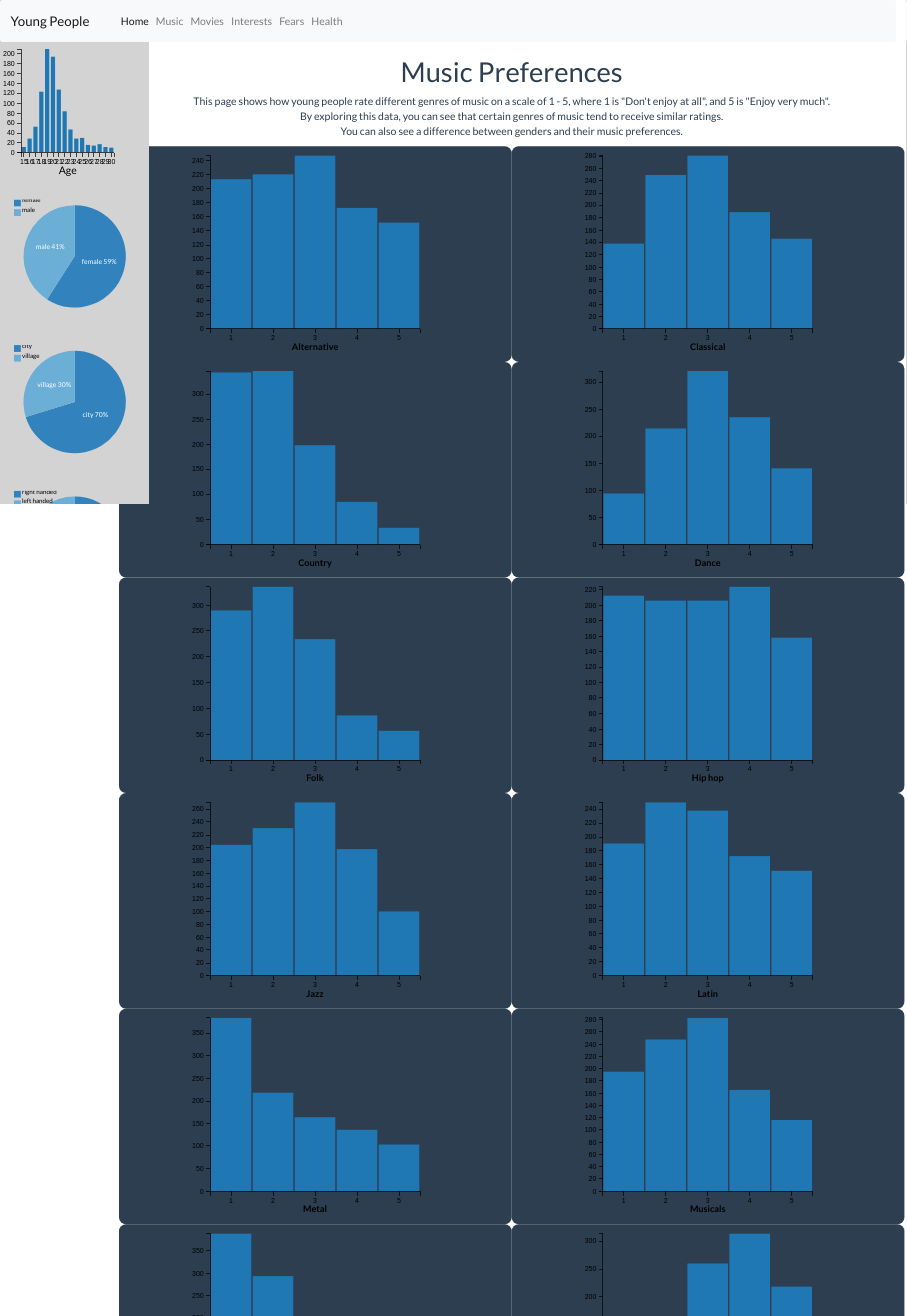
Repository: BrendanMolloy/milestone2
Page: music.html
The author's editor kept a record of every edit. The page is drawn from the files as they stood at one moment, then again after the next edit.
The browser window is 1280 px wide. The page is 1295 px wide, so the pictures cover 1295 px, including what lies to the right of the window. The pictures show the part of the page from y = 0 to 1880 px (the page is 2674 px tall), at 70% of full size.

Above is the page before.

After the next edit:
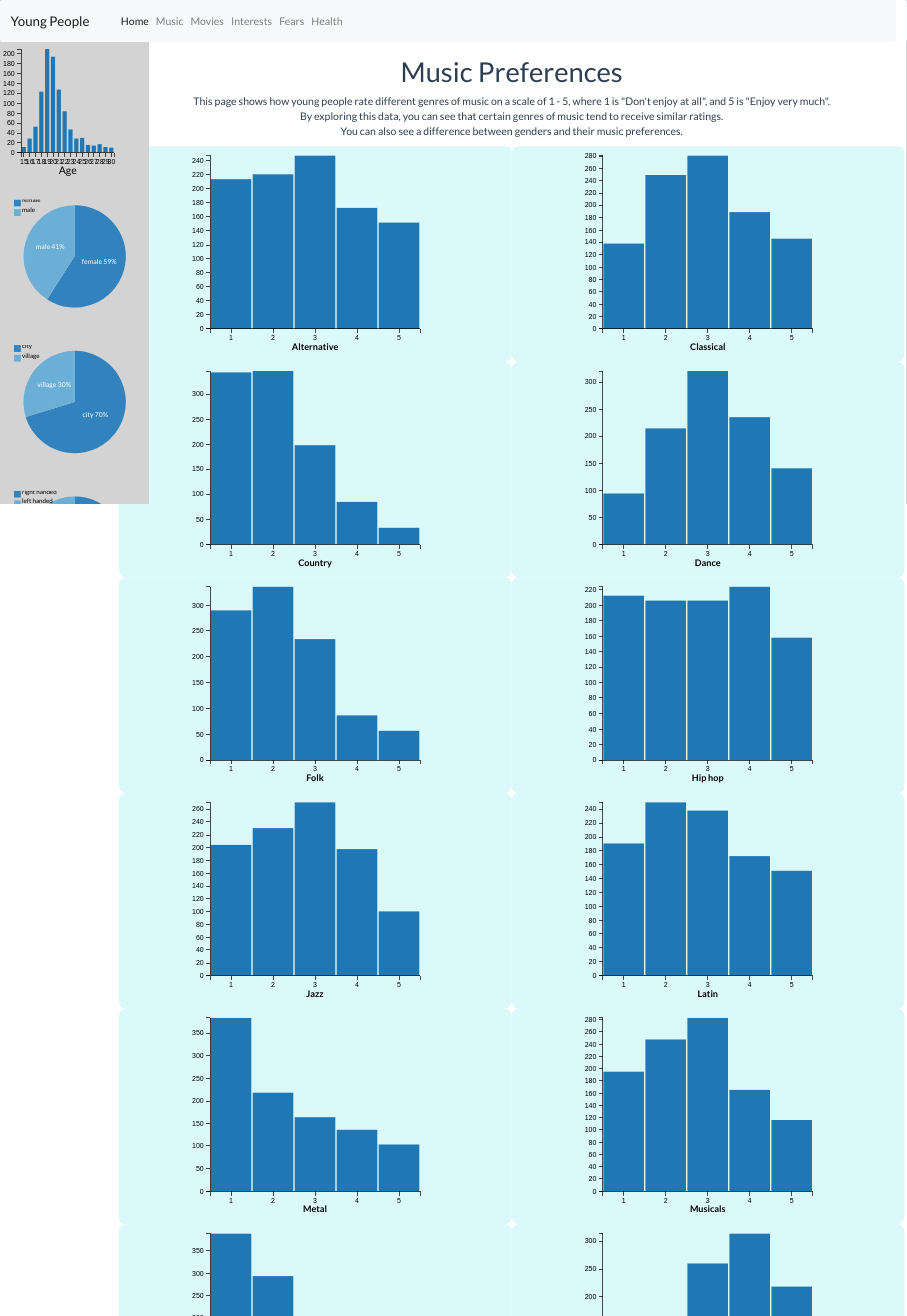
The edit:
--- a/css/style.css
+++ b/css/style.css
@@ -58,6 +58,10 @@
   padding-top: 60px;
 }
 
+.badge {
+  background-color: #DBF8FB;
+}
+
 
 #music-enjoyment {
   padding: 0;
